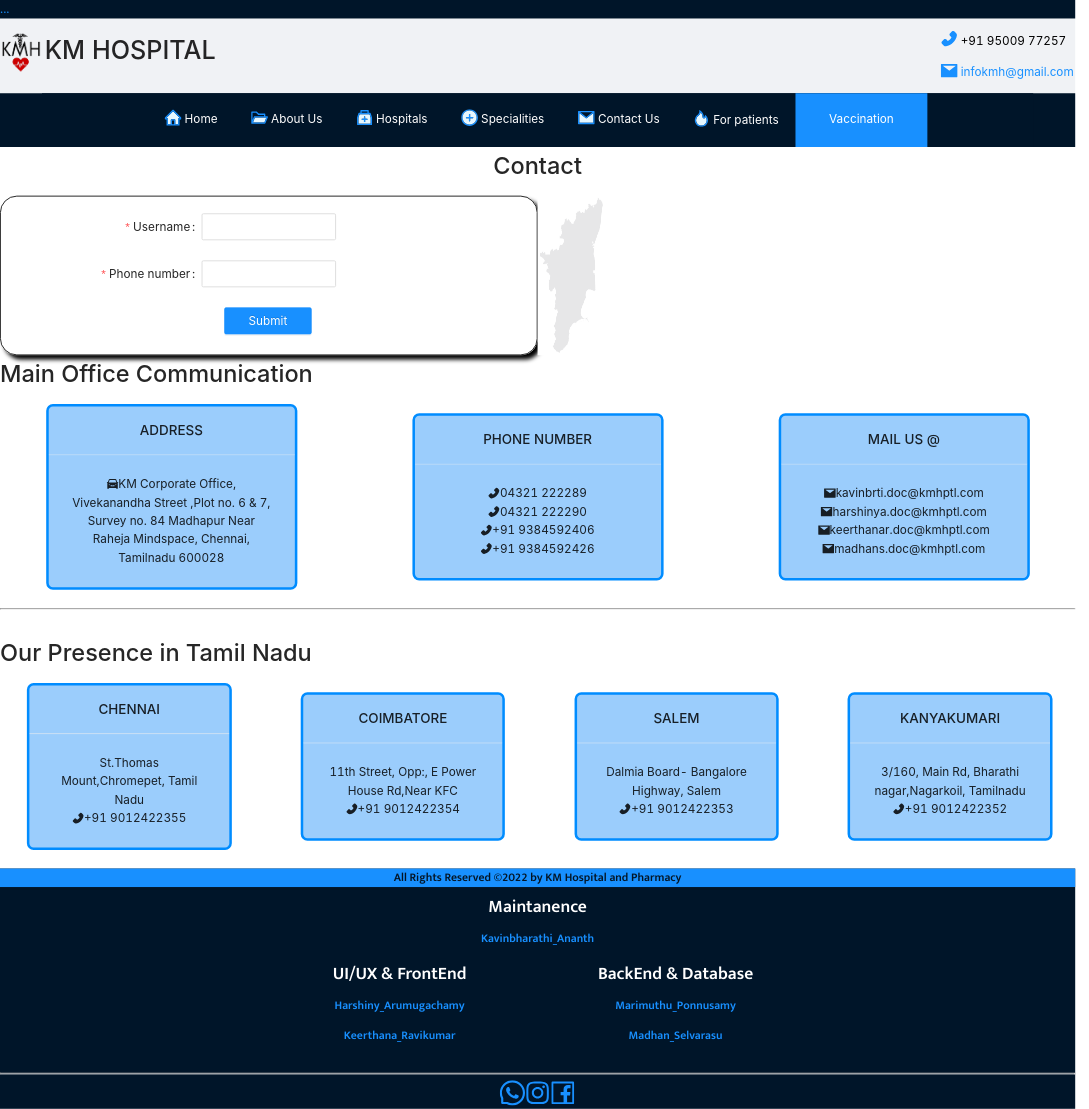
Repository: marimuthu1001/KHM-hospital
Page: /contactus (app in km-hospital/)
An editor plug-in stored every save of this project. The page is shown before and after the next save, followed by the edit.
The browser window is 1280 px wide. The page is 1297 px wide, so the pictures cover 1297 px, including what lies to the right of the window. The pictures show the whole page, at 84% of full size.
The project was rebuilt for these pictures with package versions that can differ from the ones it lists, and the page was loaded fresh each time. Also part of the build but not shown: km-hospital/src/Pages/Feedback.jsx.

Above is the page before, as saved 2022-01-25 08:53:35.

After the next save:
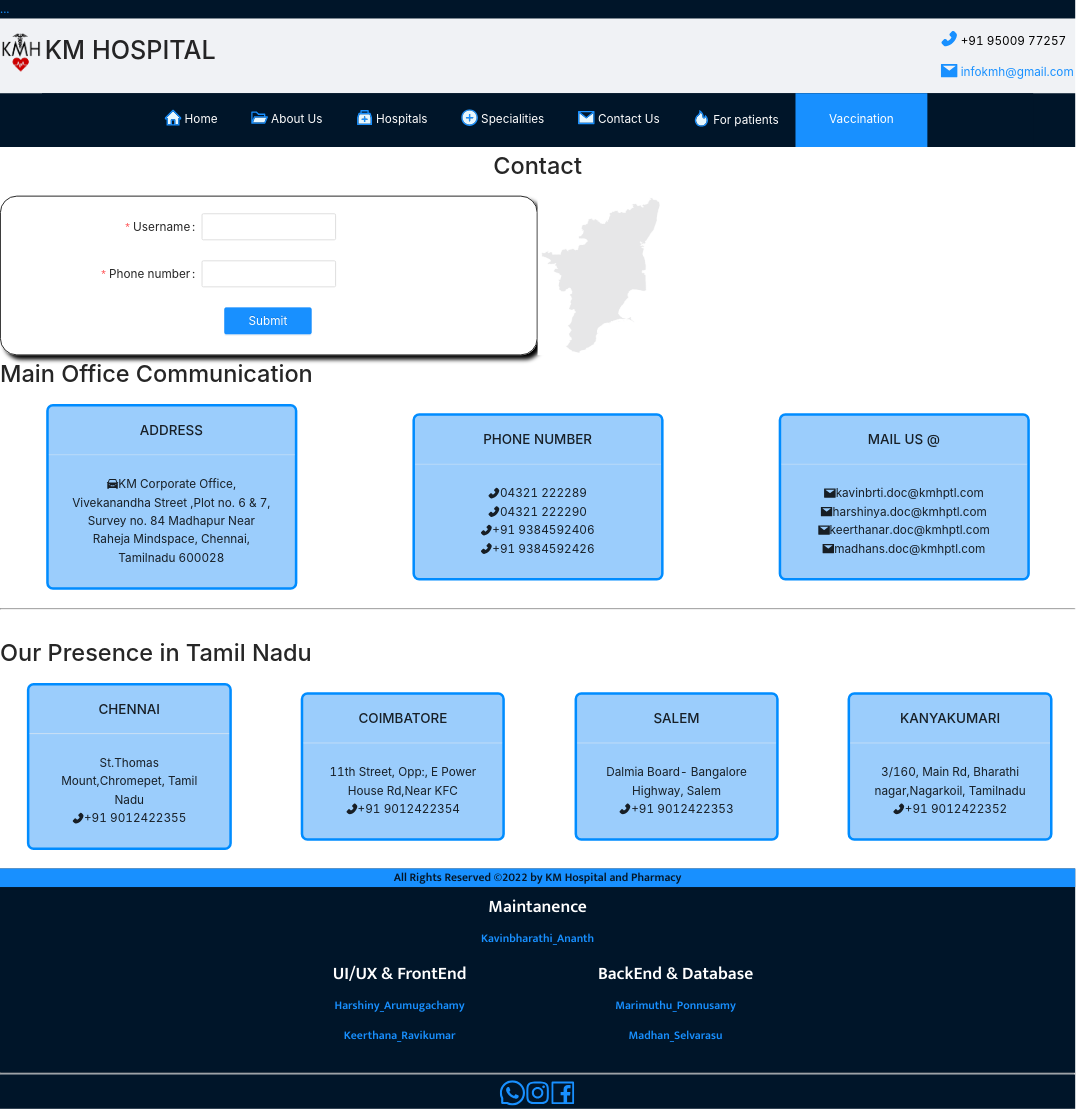
Saved 7 s later.
--- a/km-hospital/src/Pages/ContactUs.jsx
+++ b/km-hospital/src/Pages/ContactUs.jsx
@@ -80,7 +80,7 @@ function ContactUs() {
 
         </Col>
         <Col>
-        <img src={TamilNadu} alt="TN image" width={80} height={190} />
+        <img src={TamilNadu} alt="TN image" width={150} height={190} />
         </Col>
 </Row>
 
